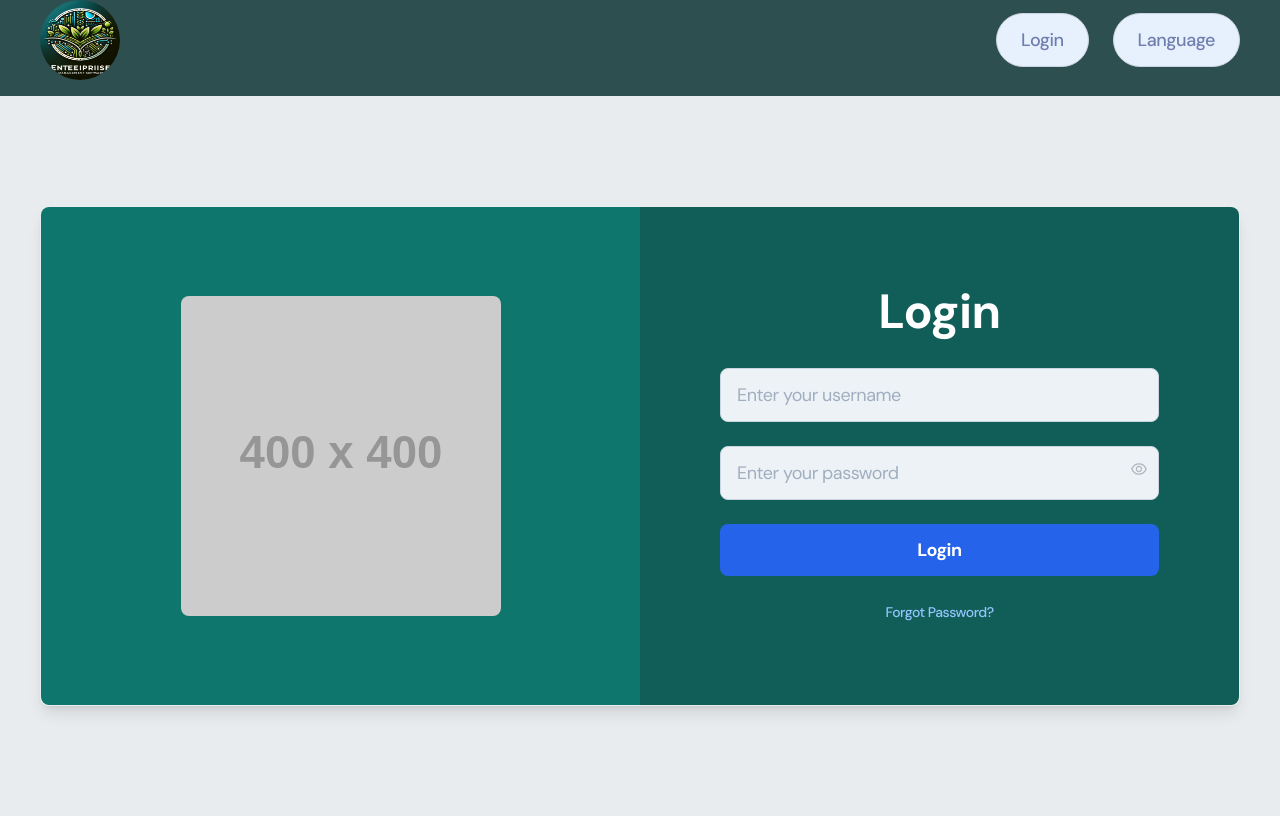
Repository: GinTee7/HR-Management
Page: / (app in Project-Management/)
The author's editor kept a copy of each file at every save. The page is drawn from the files as they stood at one save, then again after the next save.
The browser window is 1280 px wide. The pictures show the whole page.
The project was rebuilt for these pictures with package versions that can differ from the ones it lists, and the page was loaded fresh each time. Also part of the build but not shown: Project-Management/vite.config.js, Project-Management/src/components/Login/ForgotPassword.jsx.

Above is the page before, as saved 2025-01-01 09:18:45.

### Project-Management/src/index.css
@import url('https://fonts.googleapis.com/css2?family=Poppins:wght@100;200;300;400;500;600;700;800&display=swap');
@import url('https://fonts.googleapis.com/css2?family=DM+Sans:wght@400;500;700&display=swap');
@tailwind base;
@tailwind components;
@tailwind utilities;

@layer base {
	html {
		font-family: 'DM Sans', sans-serif !important;
		font-feature-settings: 'kern' !important;
		-webkit-font-smoothing: antialiased;
		letter-spacing: -0.5px;
	}
}

code {
  font-family: source-code-pro, Menlo, Monaco, Consolas, 'Courier New',
    monospace;
}

### Project-Management/src/App.jsx
import { BrowserRouter as Router, Route, Routes } from "react-router-dom";
import Login from "./components/Login/LoginPage";
import Header from "./components/Login/Header";
import ForgotPassword from "./components/Login/ForgotPassword";

function App() {
  return (
    <Router>
      <div className="App">
        <Header />
        <Routes>
          <Route path="/" element={<Login />} />
          <Route path="/login" element={<Login />} />
          <Route path="/forgot-password" element={<ForgotPassword />} />
        </Routes>
      </div>
    </Router>
  );
}

export default App;

### Project-Management/src/components/Login/LoginPage.jsx
import { useState } from "react";
import { Link, useNavigate } from "react-router-dom";
import { EyeOutlined, EyeInvisibleOutlined } from "@ant-design/icons";

const LoginPage = () => {
  const [username, setUsername] = useState("");
  const [password, setPassword] = useState("");
  const [passwordVisible, setPasswordVisible] = useState(false);
  const [loading, setLoading] = useState(false);
  const navigate = useNavigate();

  const validateUsername = (username) => username.trim() !== "";
  const validatePassword = (password) => password.length >= 8;

  const handleSubmit = (e) => {
    e.preventDefault();

    if (!validateUsername(username)) {
      alert("Username cannot be empty");
      return;
    }

    if (!validatePassword(password)) {
      alert("Password must be at least 8 characters");
      return;
    }

    if (username === "admin" && password === "password123") {
      alert("Login successful!");
      navigate("/admin");
    } else {
      alert("Invalid username or password");
    }
  };

  return (
    <div className="flex items-center justify-center min-h-screen bg-gray-200">
      <div className="flex shadow-lg bg-white border rounded-lg w-[1200px] h-[500px]">
        {/* Left Section with Image */}
        <div className="flex items-center justify-center w-1/2 bg-teal-700 rounded-l-lg">
          <img
            src="https://via.placeholder.com/400" // Replace with your actual image URL
            alt="Brand Logo"
            className="object-contain rounded-lg w-80 h-80"
          />
        </div>

        {/* Right Section */}
        <div className="flex flex-col justify-center w-1/2 px-20 bg-teal-800 rounded-r-lg">
          <h2 className="mb-8 text-5xl font-bold text-center text-white">
            Login
          </h2>
          <form onSubmit={handleSubmit} className="flex flex-col w-full gap-6">
            {/* Username Input */}
            <input
              className="w-full px-4 py-3 text-lg text-gray-900 placeholder-gray-400 bg-gray-100 border border-gray-300 rounded-lg focus:outline-none focus:ring-2 focus:ring-blue-500"
              type="text"
              placeholder="Enter your username"
              value={username}
              onChange={(e) => setUsername(e.target.value)}
            />

            {/* Password Input */}
            <div className="relative">
              <input
                className="w-full px-4 py-3 text-lg text-gray-900 placeholder-gray-400 bg-gray-100 border border-gray-300 rounded-lg focus:outline-none focus:ring-2 focus:ring-blue-500"
                type={passwordVisible ? "text" : "password"}
                placeholder="Enter your password"
                value={password}
                onChange={(e) => setPassword(e.target.value)}
              />
              <button
                type="button"
                className="absolute text-gray-500 right-3 top-3"
                onClick={() => setPasswordVisible(!passwordVisible)}
              >
                {passwordVisible ? <EyeInvisibleOutlined /> : <EyeOutlined />}
              </button>
            </div>

            {/* Login Button */}
            <button
              type="submit"
              disabled={loading}
              className={`w-full py-3 text-lg font-semibold text-white rounded-lg focus:outline-none transition-all ${
                loading ? "bg-gray-500" : "bg-blue-600 hover:bg-blue-700"
              }`}
            >
              {loading ? "Logging in..." : "Login"}
            </button>

            {/* Forgot Password */}
            <div className="text-center">
              <Link
                to="/forgot-password"
                className="text-sm font-medium text-blue-300 hover:underline"
              >
                Forgot Password?
              </Link>
            </div>
          </form>
        </div>
      </div>
    </div>
  );
};

export default LoginPage;

### Project-Management/src/components/Login/Header.jsx
import logo from "./image/logo.png";
import React, { useState } from "react";
import { Link } from "react-router-dom";

const Header = () => {
  const [isDropdownOpen, setIsDropdownOpen] = useState(false);

  const toggleDropdown = () => {
    setIsDropdownOpen(!isDropdownOpen);
  };

  return (
    <nav className="bg-[#2E4F4F] shadow-md">
      <div className="h-24 px-6 mx-auto max-w-7xl sm:px-8 lg:px-10">
        <div className="relative flex items-center justify-between h-20">
          <div className="flex items-center">
            <Link to="/">
              <img
                alt="Logo"
                src={logo}
                className="w-20 h-20 rounded-full mp-6"
              />
            </Link>
          </div>

          <div className="flex items-center space-x-6">
            <Link to="/">
              <button
                type="button"
                className="relative px-6 py-3 text-lg font-medium rounded-full bg-[#E7F0FD] text-gray-700 border border-gray-300 hover:bg-[#2E4F4F] hover:text-white"
              >
                Login
              </button>
            </Link>

            <div className="relative">
              <button
                onClick={toggleDropdown}
                className="flex items-center px-6 py-3 text-lg font-medium text-gray-700 bg-[#E7F0FD] rounded-full border border-gray-300 hover:bg-[#2E4F4F] hover:text-white"
              >
                Language
              </button>

              {isDropdownOpen && (
                <div className="absolute right-0 w-40 mt-2 bg-white rounded shadow-lg">
                  <ul>
                    <li>
                      <button
                        onClick={() => {}}
                        className="flex items-center w-full px-4 py-2 text-sm text-gray-700 hover:bg-[#2E4F4F] hover:text-white"
                      >
                        English
                      </button>
                    </li>
                    <li>
                      <button
                        onClick={() => {}}
                        className="flex items-center w-full px-4 py-2 text-sm text-gray-700 hover:bg-[#2E4F4F] hover:text-white"
                      >
                        Tiếng Việt
                      </button>
                    </li>
                  </ul>
                </div>
              )}
            </div>
          </div>
        </div>
      </div>
    </nav>
  );
};

export default Header;

### Project-Management/tailwind.config.js
/ @type {import('tailwindcss').Config} */;
export default {
  content: ["./src/**/*.{js,jsx,ts,tsx}", "./public/index.html"],
  theme: {
    extend: {
      width: {
        ...Array.from({ length: 100 }, (_, i) => i + 1).reduce(
          (acc, val) => ({ ...acc, [`${val}p`]: `${val}%` }),
          {}
        ),
      },
      fontFamily: {
        poppins: ["Poppins", "sans-serif"],
        dm: ["DM Sans", "sans-serif"],
      },
      boxShadow: {
        custom: "14px 17px 40px 4px rgba(0, 0, 0, 0.1)",
        inset: "inset 0px 18px 22px rgba(0, 0, 0, 0.1)",
        darkinset: "0px 4px 4px inset rgba(0, 0, 0, 0.1)",
      },
      borderRadius: {
        custom: "20px",
      },
      colors: {
        white: "#ffffff",
        lightPrimary: "#F4F7FE",
        blueSecondary: "#4318FF",
        brandLinear: "#868CFF",
        bloom: "#e5b7bd",
        hemp: "#a37a78",
        green: "rgb(45, 79, 80)",
        gray: {
          50: "#f8f9fa",
          100: "#edf2f7",
          200: "#e9ecef",
          300: "#cbd5e0",
          400: "#a0aec0",
          500: "#adb5bd",
          600: "#a3aed0",
          700: "#707eae",
          800: "#252f40",
          900: "#1b2559",
        },
        navy: {
          50: "#d0dcfb",
          100: "#aac0fe",
          200: "#a3b9f8",
          300: "#728fea",
          400: "#3652ba",
          500: "#1b3bbb",
          600: "#24388a",
          700: "#1B254B",
          800: "#111c44",
          900: "#0b1437",
        },
        red: {
          50: "#ee5d501a",
          100: "#fee2e2",
          200: "#fecaca",
          300: "#fca5a5",
          400: "#f87171",
          500: "#f53939",
          600: "#ea0606",
          700: "#b91c1c",
          800: "#991b1b",
          900: "#7f1d1d",
        },
      },
    },
    screens: {
      sm: "576px",
      "sm-max": { max: "576px" },
      md: "768px",
      "md-max": { max: "768px" },
      lg: "992px",
      "lg-max": { max: "992px" },
      xl: "1200px",
      "xl-max": { max: "1200px" },
      "2xl": "1320px",
      "2xl-max": { max: "1320px" },
      "3xl": "1600px",
      "3xl-max": { max: "1600px" },
      "4xl": "1850px",
      "4xl-max": { max: "1850px" },
    },
  },
  plugins: [],
};

Loaded but not shown: Project-Management/index.html (common file); Project-Management/src/main.jsx (common file)

After the next save:
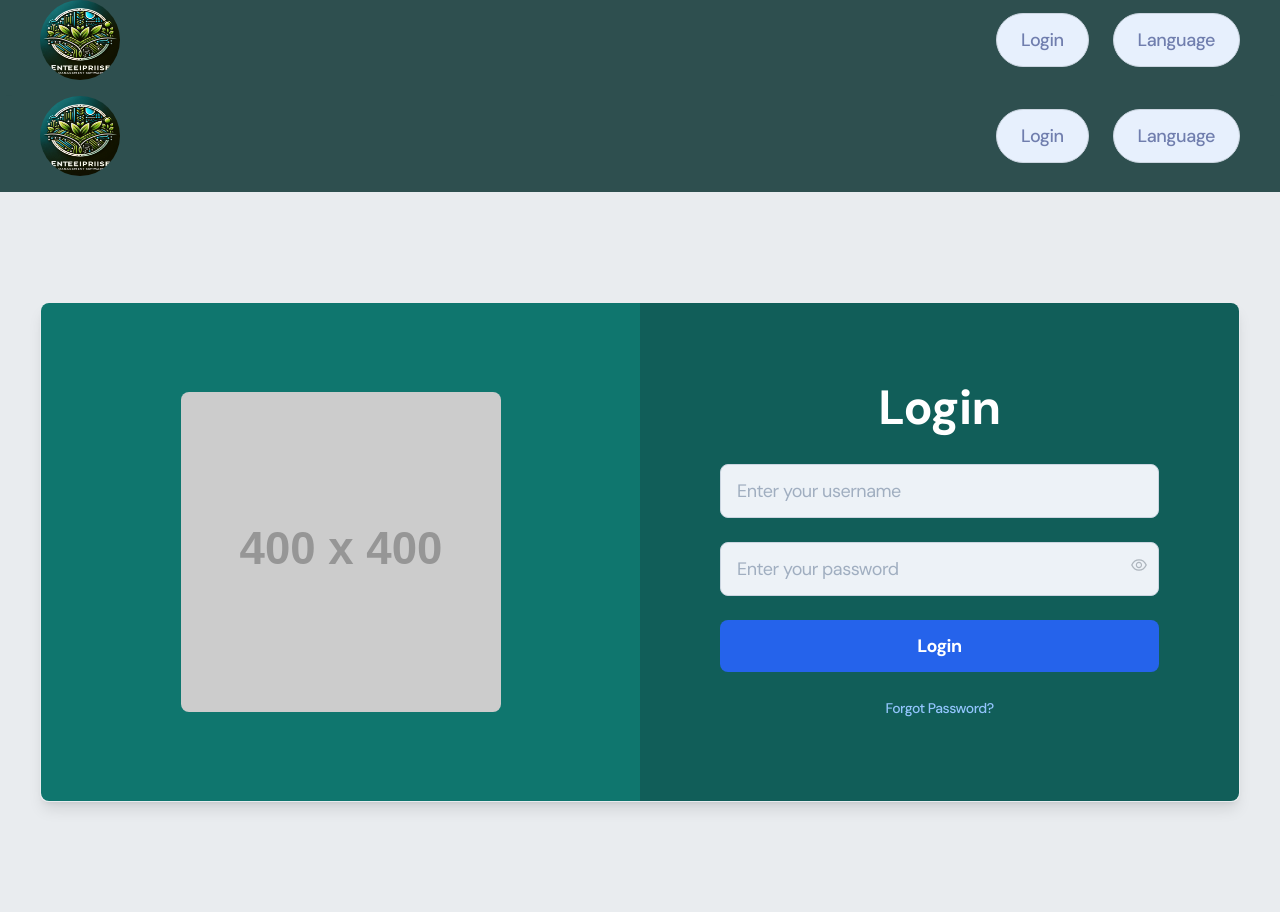
Saved 2 min 19 s later.
--- a/Project-Management/src/App.jsx
+++ b/Project-Management/src/App.jsx
@@ -1,7 +1,8 @@
 import { BrowserRouter as Router, Route, Routes } from "react-router-dom";
 import Login from "./components/Login/LoginPage";
+
+import ForgotPassword from "./components/Login/ForgotPassword";
 import Header from "./components/Login/Header";
-import ForgotPassword from "./components/Login/ForgotPassword";
 
 function App() {
   return (
@@ -9,7 +10,15 @@
       <div className="App">
         <Header />
         <Routes>
-          <Route path="/" element={<Login />} />
+          <Route
+            path="/"
+            element={
+              <>
+                <Header />
+                <Login />
+              </>
+            }
+          />
           <Route path="/login" element={<Login />} />
           <Route path="/forgot-password" element={<ForgotPassword />} />
         </Routes>
